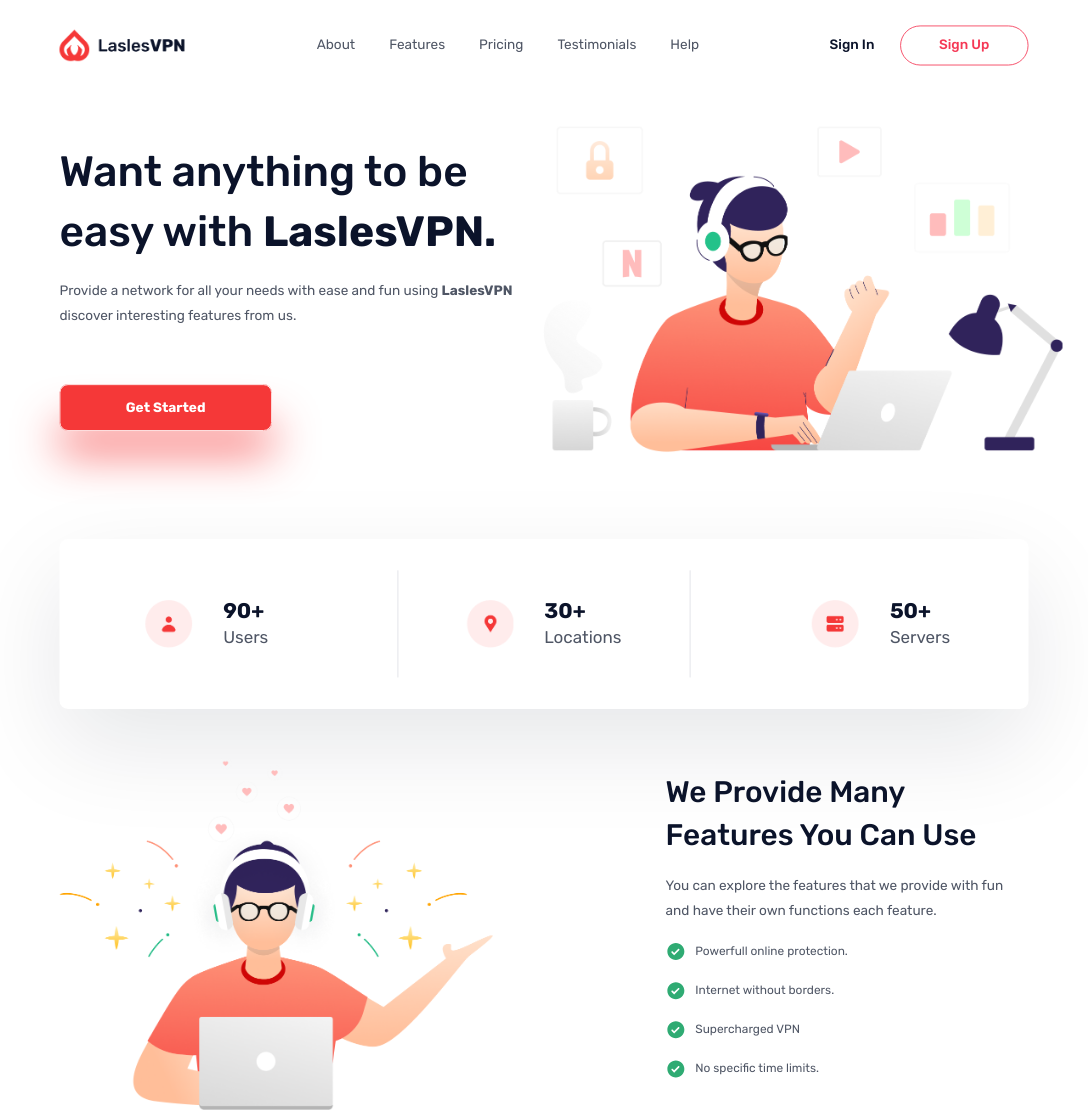
Repository: thefellowshiplotr/lasles_recode
Page: index.html
The author's editor kept a copy of each file at every save. The page is drawn from the files as they stood at one save, then again after the next save.
The browser window is 1280 px wide. The pictures show the whole page, at 85% of full size.
The style sheet was rebuilt from its Sass, Less or Tailwind sources for each picture, by a compiler version that may differ from the author's.

Above is the page before, as saved 2022-10-28 15:23:54.

### index.html
<!DOCTYPE html>
<html lang="en">
  <head>
    <meta charset="UTF-8" />
    <meta http-equiv="X-UA-Compatible" content="IE=edge" />
    <meta name="viewport" content="width=device-width, initial-scale=1.0" />
    <title>Lasles Vpn</title>
    <link rel="preconnect" href="https://fonts.googleapis.com" />
    <link rel="preconnect" href="https://fonts.gstatic.com" crossorigin />
    <link
      href="https://fonts.googleapis.com/css2?family=Rubik:wght@400;500;700&display=swap"
      rel="stylesheet"
    />
    <link rel="stylesheet" href="./css/app.css" />
  </head>
  <body>
    <div class="wrapper">
      <header class="header">
        <div class="container">
          <div class="header-container">
            <img srcset="./img/logo.png 2x" alt="" class="header-logo" />
            <ul class="menu">
              <li class="menu-item">
                <a href="#" class="menu-link">About</a>
              </li>
              <li class="menu-item">
                <a href="#" class="menu-link">Features</a>
              </li>
              <li class="menu-item">
                <a href="#" class="menu-link">Pricing</a>
              </li>
              <li class="menu-item">
                <a href="#" class="menu-link">Testimonials</a>
              </li>
              <li class="menu-item">
                <a href="#" class="menu-link">Help</a>
              </li>
            </ul>
            <div class="header-auth">
              <a href="#" class="header-signin">Sign In</a>
              <a href="#" class="header-signup">Sign Up</a>
            </div>
          </div>
        </div>
      </header>
    </div>
    <div class="wrapper">
      <section class="hero">
        <div class="container">
          <div class="hero-container">
            <div class="hero-content">
              <h1 class="hero-heading">
                Want anything to be easy with
                <strong class="hero-laslesvpn">LaslesVPN.</strong>
              </h1>
              <p class="hero-desc">
                Provide a network for all your needs with ease and fun using
                <strong class="hero-laslesvpn2">LaslesVPN</strong> discover
                interesting features from us.
              </p>
            </div>
            <div class="hero-btn">
              <a href="" class="button button-primary">Get Started</a>
            </div>
            <div class="hero-img">
              <img srcset="./img/hero-image.png 2x" alt="" />
            </div>
          </div>
        </div>
      </section>
    </div>
    <div class="wrapper">
      <section class="intro">
        <div class="container">
          <div class="intro-container">
            <div class="intro-item">
              <div class="intro-icon">
                <img srcset="./img/user.png 2x" alt="" />
              </div>
              <div class="intro-info">
                <div class="intro-title">90+</div>
                <p class="intro-text">Users</p>
              </div>
            </div>
            <div class="intro-item">
              <div class="intro-icon">
                <img srcset="./img/location.png 2x" alt="" />
              </div>
              <div class="intro-info">
                <div class="intro-title">30+</div>
                <p class="intro-text">Locations</p>
              </div>
            </div>
            <div class="intro-item">
              <div class="intro-icon">
                <img srcset="./img/server.png 2x" alt="" />
              </div>
              <div class="intro-info">
                <div class="intro-title">50+</div>
                <p class="intro-text">Servers</p>
              </div>
            </div>
          </div>
        </div>
      </section>
    </div>
    <div class="wrapper">
      <section class="feature">
        <div class="container">
          <div class="feature-container">
            <img
              srcset="./img/feature-image.png 2x"
              alt=""
              class="feature-img"
            />
            <div class="feature-content">
              <h2 class="feature-heading">
                We Provide Many Features You Can Use
              </h2>
              <p class="feature-desc">
                You can explore the features that we provide with fun and have
                their own functions each feature.
              </p>
              <div class="feature-list">
                <div class="feature-item">
                  <img src="./img/icon-check.svg" alt="" />
                  <span>Powerfull online protection.</span>
                </div>
                <div class="feature-item">
                  <img src="./img/icon-check.svg" alt="" />
                  <span>Internet without borders.</span>
                </div>
                <div class="feature-item">
                  <img src="./img/icon-check.svg" alt="" />
                  <span>Supercharged VPN</span>
                </div>
                <div class="feature-item">
                  <img src="./img/icon-check.svg" alt="" />
                  <span>No specific time limits.</span>
                </div>
              </div>
            </div>
          </div>
        </div>
      </section>
    </div>
  </body>
</html>

### sass/app.scss
@import "reset";
@import "variables";
@import "global";
@import "header";
@import "menu";
@import "hero";
@import "intro";
@import "feature";

### sass/_variables.scss
$font: "Rubik", sans-serif;
$text-color: #4f5665;
$heading-color: #0b132a;
$primary-color: #f53838;
$secondary-color: #f53855;
$gray-color: #f6f6f6;
$gray-light-color: #f8f8f8;
$gray-lighter-color: #afb5c0;

### sass/_global.scss
.wrapper {
  max-width: 1440px;
  margin: 0 auto;
}

.container {
  max-width: 1170px;
  margin: 0 auto;
  padding: 0 15px;
}

body {
  line-height: 1;
  font-family: $font;
  color: $text-color;
  font-weight: 400;
}

.button {
  &-primary {
    color: #fff;
    padding: 17px 77px;
    border: none;
    background-color: $primary-color;
    border: 1px solid;
    border-radius: 10px;
    white-space: nowrap;
  }
}

### sass/_header.scss
.header {
  padding-top: 30px;
  padding-bottom: 90px;
  &-container {
    display: flex;
    justify-content: space-between;
    align-items: center;
  }
  &-auth {
    display: flex;
    align-items: center;
    gap: 0 30px;
  }
  &-signin {
    color: $heading-color;
    font-weight: 500;
    font-size: 16px;
    line-height: calc(18.96 / 16);
  }
  &-signup {
    color: $secondary-color;
    font-weight: 500;
    font-size: 16px;
    line-height: calc(18.96 / 16);
    padding: 13px 45px;
    border: 1px solid $secondary-color;
    border-radius: 50px;
    // border-radius: 100rem;
  }
}

### sass/_menu.scss
.menu {
  list-style: none;
  display: flex;
  align-items: center;
  gap: 0 40px;
  &-link {
    color: inherit;
    font-size: 16px;
    line-height: calc(18.96 / 16);
  }
}

### sass/_hero.scss
.hero {
  padding-bottom: 100px;
  &-container {
    display: flex;
    justify-content: space-between;
    align-items: center;
    position: relative;
    gap: 0 40px;
    align-items: center;
  }
  &-content {
    width: 100%;
    max-width: 555px;
    display: flex;
    align-items: center;
    flex-direction: column;
    align-content: center;
  }
  &-img {
    position: absolute;
    top: 50%;
    transform: translate(40px, -40%);
    right: 0;
  }
  &-heading {
    color: $heading-color;
    font-weight: 500;
    font-size: 50px;
    line-height: calc(70 / 50);
    margin-bottom: 20px;
  }
  &-desc {
    font-weight: 400;
    font-size: 16px;
    line-height: calc(30 / 16);
    margin-bottom: 50px;
  }
  &-laslesvpn {
    font-weight: 700;
    font-size: 50px;
    line-height: calc(70 / 50);
  }
  &-btn {
    font-weight: 700;
    font-size: 16px;
    line-height: calc(25 / 16);
    position: absolute;
    left: 0;
    bottom: -55px;
    box-shadow: 0 37px 54px 0px $primary-color;
  }
}

### sass/_intro.scss
.intro {
  padding: 57px 0;
  margin-top: 40px;
  &-container {
    background: #ffffff;
    padding: 37px 0;
    border-radius: 10px;
    box-shadow: 0 42px 114px 0 rgb(13 16 37 / 10%);
    display: grid;
    grid-template-columns: repeat(3, minmax(0, 1fr));
    grid-gap: 0 50px;
    min-height: 200px;
  }
  &-item {
    display: flex;
    align-items: center;
    justify-content: center;
    gap: 0 36.5px;
  }
  &-item:nth-child(2) {
    border-left: 2px solid #eeeff2;
    border-right: 2px solid #eeeff2;
  }
  &-title {
    color: $heading-color;
    font-weight: 700;
    font-size: 25px;
    line-height: calc(30 / 25);
  }
  &-text {
    color: $text-color;
    font-weight: 400;
    font-size: 20px;
    line-height: calc(30 / 20);
  }
}

### sass/_feature.scss
.feature {
  &-container {
    display: flex;
    justify-content: space-between;
    align-items: center;
  }
  &-heading {
    width: 383px;
    color: $heading-color;
    font-weight: 500;
    font-size: 35px;
    line-height: calc(50 / 35);
    margin-bottom: 20px;
  }
  &-desc {
    width: 427px;
    font-weight: 400;
    font-size: 16px;
    line-height: calc(30 / 16);
    margin-bottom: 20px;
  }
  &-item {
    display: flex;
    justify-content: flex-start;
    align-items: center;
    gap: 0 10px;
    font-size: 14px;
    margin-bottom: 21px;
  }
}

Loaded but not shown: sass/_reset.scss (common file)

After the next save:
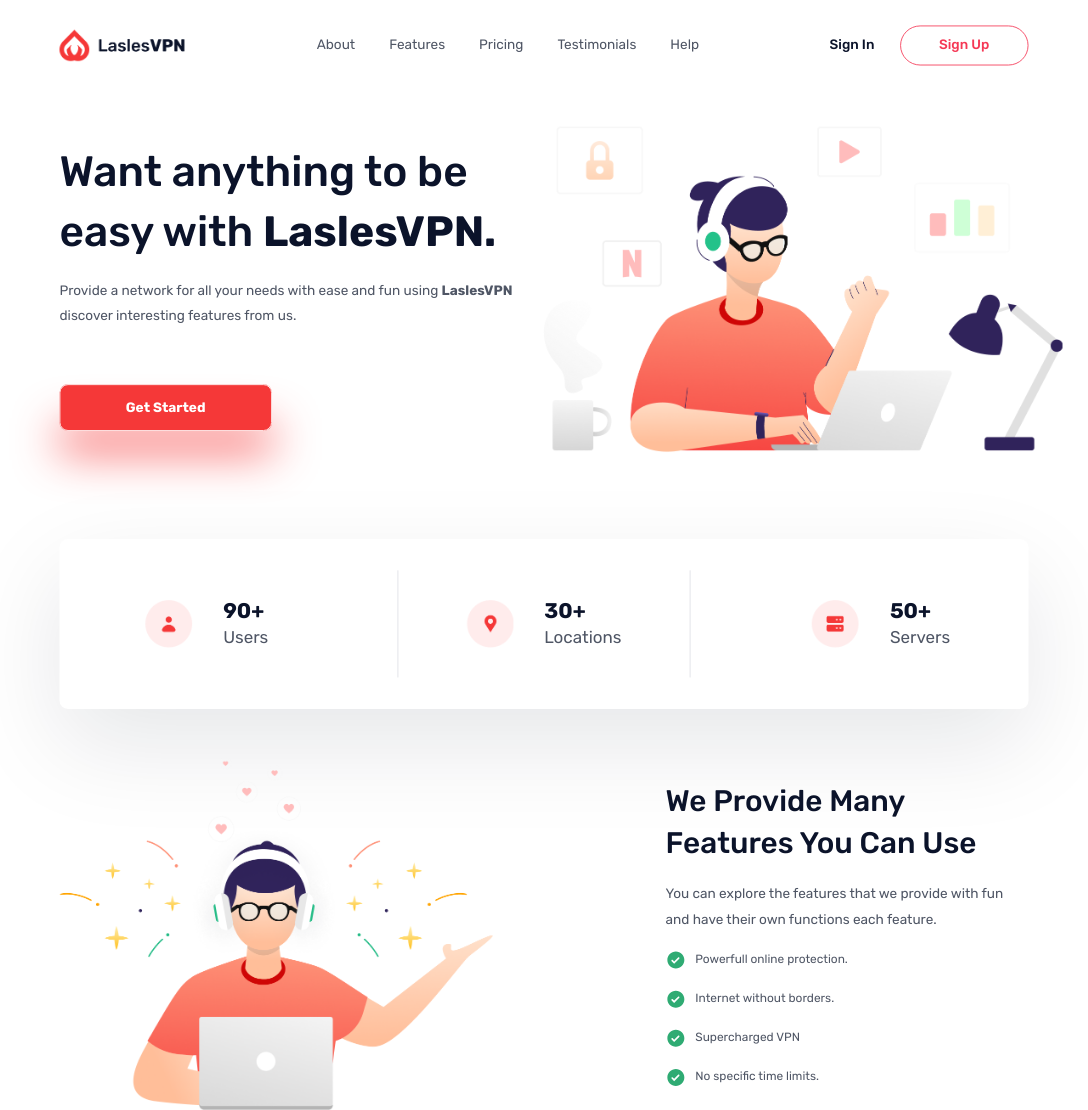
Saved 96 s later.
--- a/sass/_feature.scss
+++ b/sass/_feature.scss
@@ -3,6 +3,9 @@
     display: flex;
     justify-content: space-between;
     align-items: center;
+  }
+  &-content {
+    margin-top: 20px;
   }
   &-heading {
     width: 383px;
